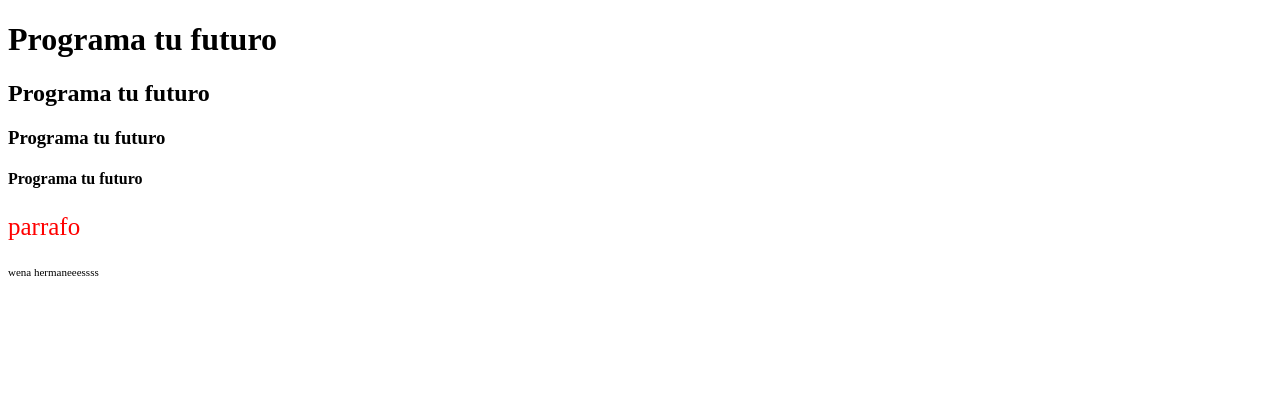
Repository: keanzato/Workspace
Page: login-web-app/src/main/webapp/index.html
The author's editor kept a copy of each file at every save. The page is drawn from the files as they stood at one save, then again after the next save.
The browser window is 1280 px wide. The pictures show the whole page.

Above is the page before, as saved 2016-06-20 16:39:39.

### login-web-app/src/main/webapp/index.html
<!DOCTYPE html>
<html>
	<head>
		<meta charset="ISO-8859-1">
		<title>Pagina inicial</title>
		<style type = "text/css">
			p.intro{
				color: red;
				font-size: 25px;
			}

			p.contenido{
				color: black;
				font-size: 11px;
			}
		</style>

	<body>

		<h1>Programa tu futuro</h1>
		<h2>Programa tu futuro</h2>
		<h3>Programa tu futuro</h3>
		<h4>Programa tu futuro</h4>

		<p class="intro">parrafo</p>
		<p class="contenido">wena hermaneeessss</p>
	</body>
</html>

After the next save:
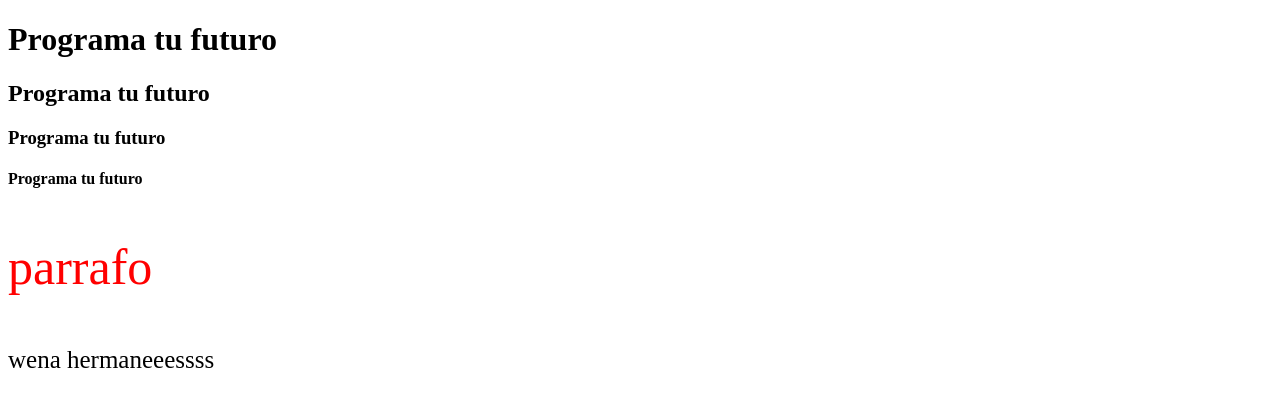
Saved 10 s later.
--- a/login-web-app/src/main/webapp/index.html
+++ b/login-web-app/src/main/webapp/index.html
@@ -6,12 +6,12 @@
 		<style type = "text/css">
 			p.intro{
 				color: red;
-				font-size: 25px;
+				font-size: 50px;
 			}
 
 			p.contenido{
 				color: black;
-				font-size: 11px;
+				font-size: 25px;
 			}
 		</style>
 
